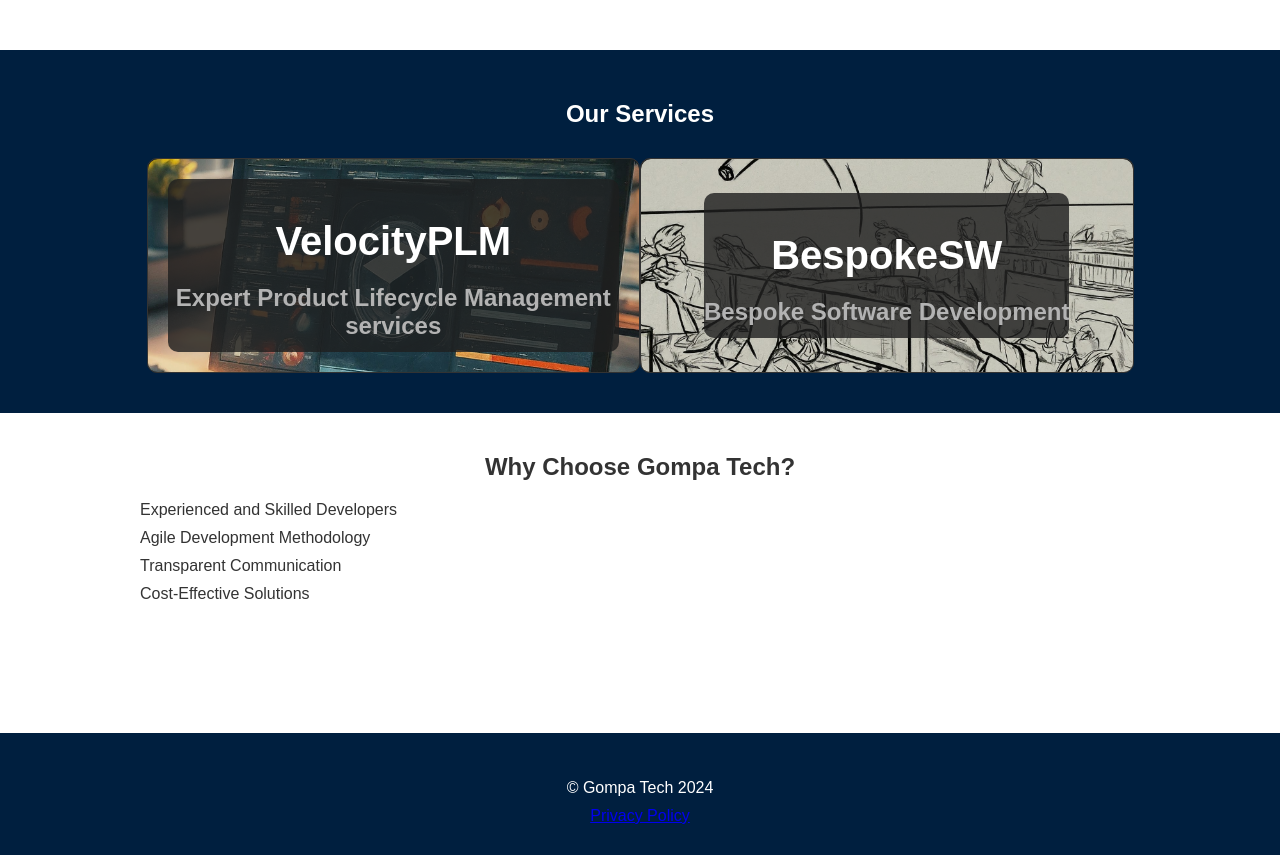
Repository: gompatech/website
Page: d3/index.html
An editor plug-in stored every save of this project. The page is shown before and after the next save, followed by the edit.
The browser window is 1280 px wide. The pictures show the part of the page from y = 257 to 1112 px (the page is 1112 px tall).

Above is the page before, as saved 2024-07-24 21:43:59.

### d3/index.html
<!DOCTYPE html>
<html lang="en">
<head>
  <meta charset="UTF-8">
  <meta name="viewport" content="width=device-width, initial-scale=1.0">
  <title>Gompa Tech - Software Development Solutions</title>
  <link rel="stylesheet" href="./style.css">
</head>
<body>
  <header class="navy-bg">
    <div class="container">
      <a href="#" class="logo">Gompa Tech</a>
      <nav>
        <ul>
          <li><a href="#">Home</a></li>
          <li><a href="#">Services</a></li>
          <li><a href="#">About Us</a></li>
          <li><a href="#">Contact</a></li>
        </ul>
      </nav>
    </div>
  </header>

  <main>
    <section class="hero">
      <div class="container">
        <h1>Empowering Your Business with Innovative Software Solutions</h1>
        <p>We specialize in bespoke software development Product Lifecycle Managment software services.</p>
        <a href="#" class="button">Get a Free Quote</a>
        <img src="images/hero-bg.jpg" alt="Code Background Image" class="hero-img">
      </div>
    </section>

    <section class="services navy-bg">
      <div class="container">
        <h2>Our Services</h2>
          <div class="services">
            <div class="services-container">
                <div class="text-content">
                    <h1>VelocityPLM</h1>
                    <h2>Expert Product Lifecycle Management services</h2>
                </div>
                <img src="./images/vPLMold.jpg" alt="VelocityPLM Old" class="active">
                <img src="./images/vPLMnew.jpg" alt="VelocityPLM New" class="inactive">
            </div>
            <div class="services-container">
                <div class="text-content">
                    <h1>BespokeSW</h1>
                    <h2>Bespoke Software Development</h2>
                </div>
                <img src="./images/vPLMold.jpg" alt="VelocityPLM Old" class="active">
                <img src="./images/vPLMnew.jpg" alt="VelocityPLM New" class="inactive">
            </div>
        </div>
      </div>
    </section>

    <section class="benefits">
      <div class="container">
        <h2>Why Choose Gompa Tech?</h2>
        <ul>
          <li>Experienced and Skilled Developers</li>
          <li>Agile Development Methodology</li>
          <li>Transparent Communication</li>
          <li>Cost-Effective Solutions</li>
        </ul>
      </div>
    </section>
  </main>

  <footer class="navy-bg">
    <div class="container">
      <p>&copy; Gompa Tech 2024</p>
      <a href="#">Privacy Policy</a>
    </div>
  </footer>
</body>

<style>
  .services {
      font-family: Arial, sans-serif;
      margin: 0;
      padding: 0;
      display: flex;
      flex-wrap: wrap;
      justify-content: center;
      align-items: stretch;
     /*
      background-color: #121212;
      color: #ffffff;
      padding: 5px;
      */
      background-color: #001F3F;  /* Navy blue */
      color: #fff;
      padding: 10px 0
  }
  .services-container {
      width: 50%;
      padding: 20px;
      border: 1px solid #333;
      border-radius: 10px;
      background-color: #1e1e1e;
      box-sizing: border-box;
      display: flex;
      flex-direction: column;
      align-items: center;
      justify-content: center;
      position: relative;
      overflow: hidden;
  }
  .services-container img {
      width: 100%;
      height: auto;
      max-height: 300px;
      object-fit: cover;
      border-radius: 10px;
      position: absolute;
      top: 0;
      left: 0;
      opacity: 0;
      transition: opacity 1s ease-in-out;
  }
  .services-container img.active {
      opacity: 1;
      z-index: 1;
  }
  .services-container img.inactive {
      z-index: 0;
  }
  .text-content {
      position: relative;
      z-index: 2;
      text-align: center;
      padding-top: 20px;
      background: rgba(30, 30, 30, 0.8);
      border-radius: 10px;
  }
  .services-container h1 {
      font-size: 2.5em;
      margin: 0.5em 0;
  }
  .services-container h2 {
      font-size: 1.5em;
      margin: 0.5em 0;
      color: #b3b3b3;
  }
  @media (max-width: 600px) {
      .services-container {
          width: 100%;
      }
      .services-container h1 {
          font-size: 2em;
      }
      .services-container h2 {
          font-size: 1.2em;
      }
  }
</style>

<script>
  let currentIndex = 0;
  const images = document.querySelectorAll('.services-container img');

  function showNextImage() {
      images[currentIndex].classList.remove('active');
      images[currentIndex].classList.add('inactive');
      currentIndex = (currentIndex + 1) % images.length;
      images[currentIndex].classList.remove('inactive');
      images[currentIndex].classList.add('active');
  }

  setInterval(showNextImage, 3000);
</script>

</html>

### d3/style.css
/* Basic styles */
body {
  font-family: sans-serif;
  margin: 0;
  padding: 0;
}

.container {
  max-width: 1000px;
  margin: 0 auto;
  padding: 20px;
}

/* Header */
header {
  background-color: #001F3F;  /* Navy blue */
  color: #fff;
  padding: 10px 0;
}

.logo {
  font-size: 2em;
  font-weight: bold;
  text-decoration: none;
  color: #fff;
}

nav {
  float: right;
}

nav ul {
  list-style: none;
  margin: 0;
  padding: 0;
}

nav li {
  display: inline-block;
  margin-left: 20px;
}

nav a {
  color: #fff;
  text-decoration: none;
  padding: 5px 10px;
}

nav a:hover {
  background-color: #2F4F4F; /* Darker navy blue on hover */
  transition: background-color 0.3s ease;
}

/* Main content */
main {
  padding-bottom: 50px;
  color: #333;
}

section {
  margin-bottom: 50px;
}

h1, h2 {
  text-align: center;
  margin-bottom: 20px;
}

.hero {
  position: relative;
}

.hero-img {
  position: absolute;
  top: 0;
  left: 0;
  width: 100%;
  height: 100%;
  opacity: 0.3; /* Set the transparency level for the background image */
}

.service-card {
  display: flex;
  align-items: center;
  margin-bottom: 20px;
  padding: 20px;
  border: 1px solid #ddd;
  border-radius: 5px;
}

.service-card img {
  width: 100px;
  margin-right: 20px;
}

.benefits ul {
  list-style: none;
  margin: 0;
  padding: 0;
}

.benefits li {
  margin-bottom: 10px;
}

/* Footer */
footer {
  background-color: #001F3F;
  color: #fff;
  padding: 10px 0;
  text-align: center;
}

footer p {
  margin-bottom: 10px;
}

After the next save:
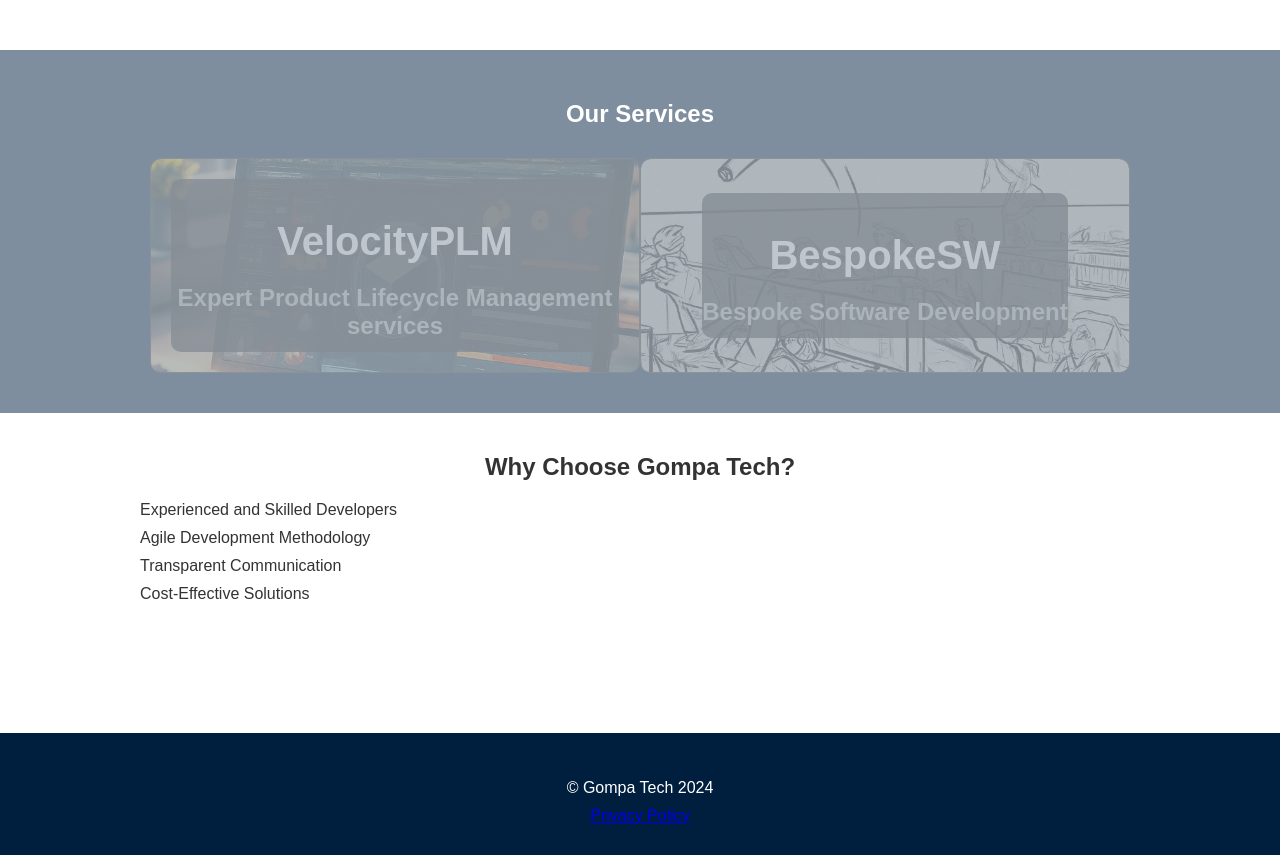
Saved 3 min 49 s later.
--- a/d3/index.html
+++ b/d3/index.html
@@ -92,7 +92,8 @@
       */
       background-color: #001F3F;  /* Navy blue */
       color: #fff;
-      padding: 10px 0
+      padding: 10px;
+      opacity: 0.5;
   }
   .services-container {
       width: 50%;
